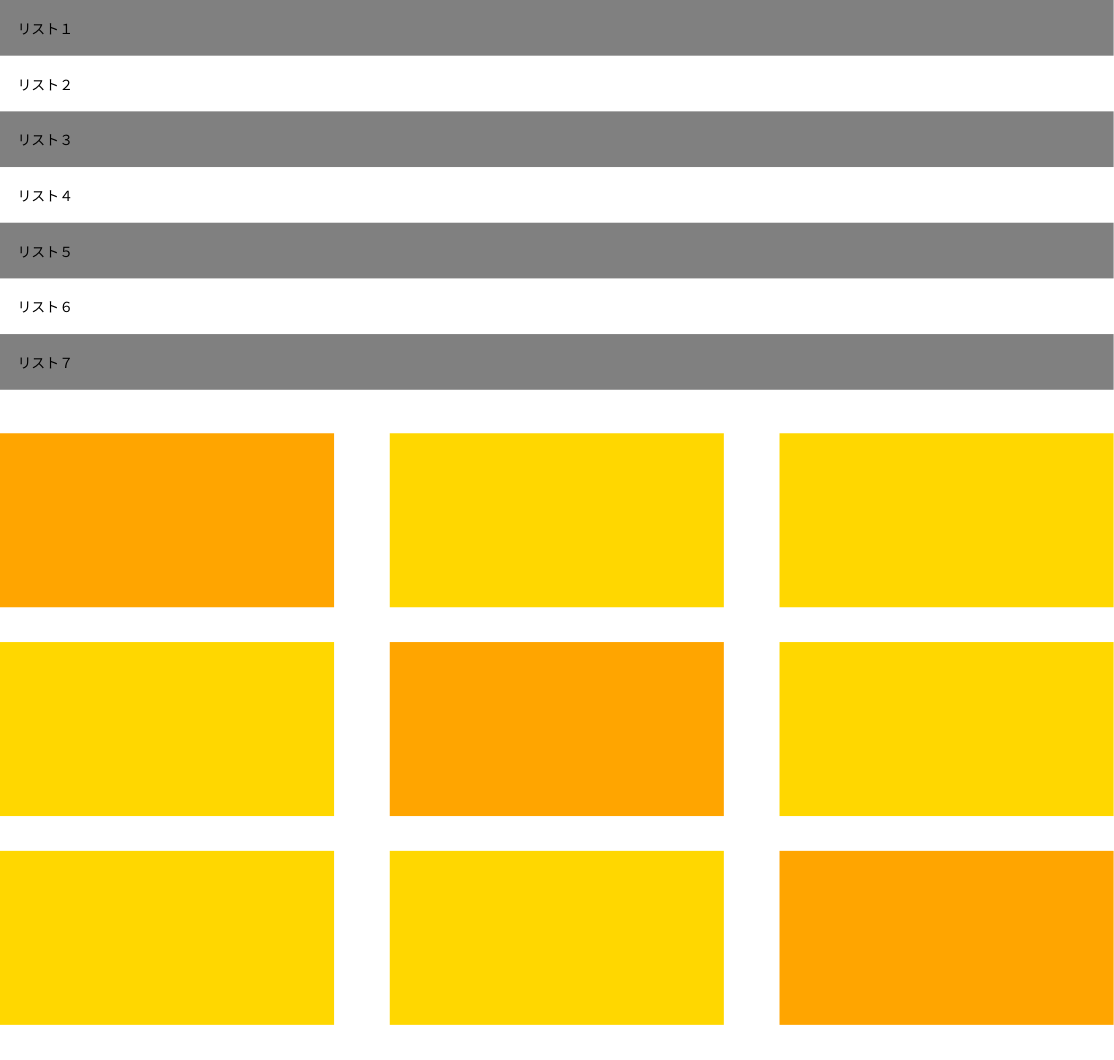
Repository: takuto27/ouyou
Page: chapter8_exercise/ensyu8.html
The author's editor kept a record of every edit. The page is drawn from the files as they stood at one moment, then again after the next edit.
The browser window is 1280 px wide. The pictures show the whole page, at 87% of full size.

Above is the page before.

After the next edit:
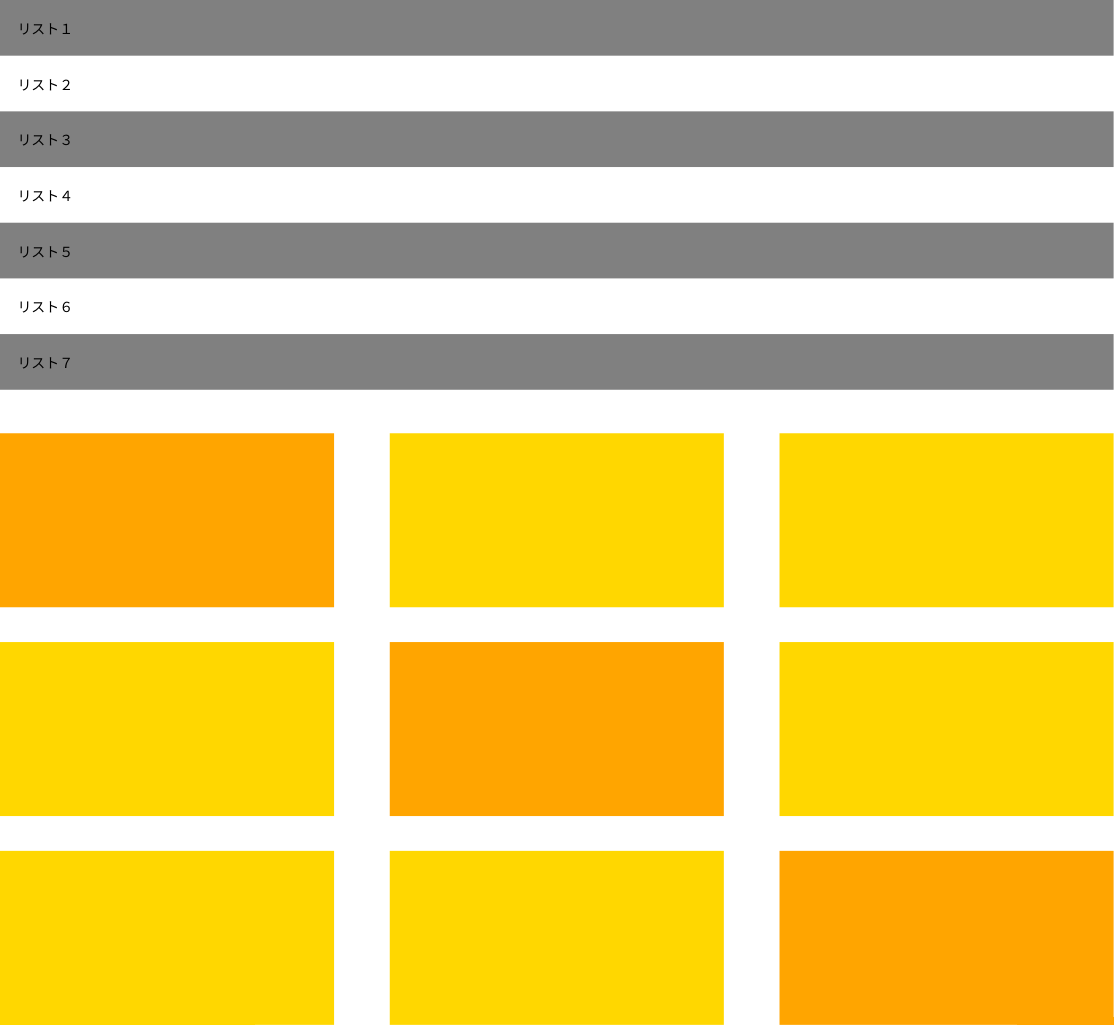
The edit:
--- a/chapter8_exercise/ensyu8.css
+++ b/chapter8_exercise/ensyu8.css
@@ -36,3 +36,6 @@ main {
 .box:nth-child(3n) {
   margin-right: 0;
 }
+.box:nth-last-child(-n + 3) {
+  margin-bottom: 0;
+}
